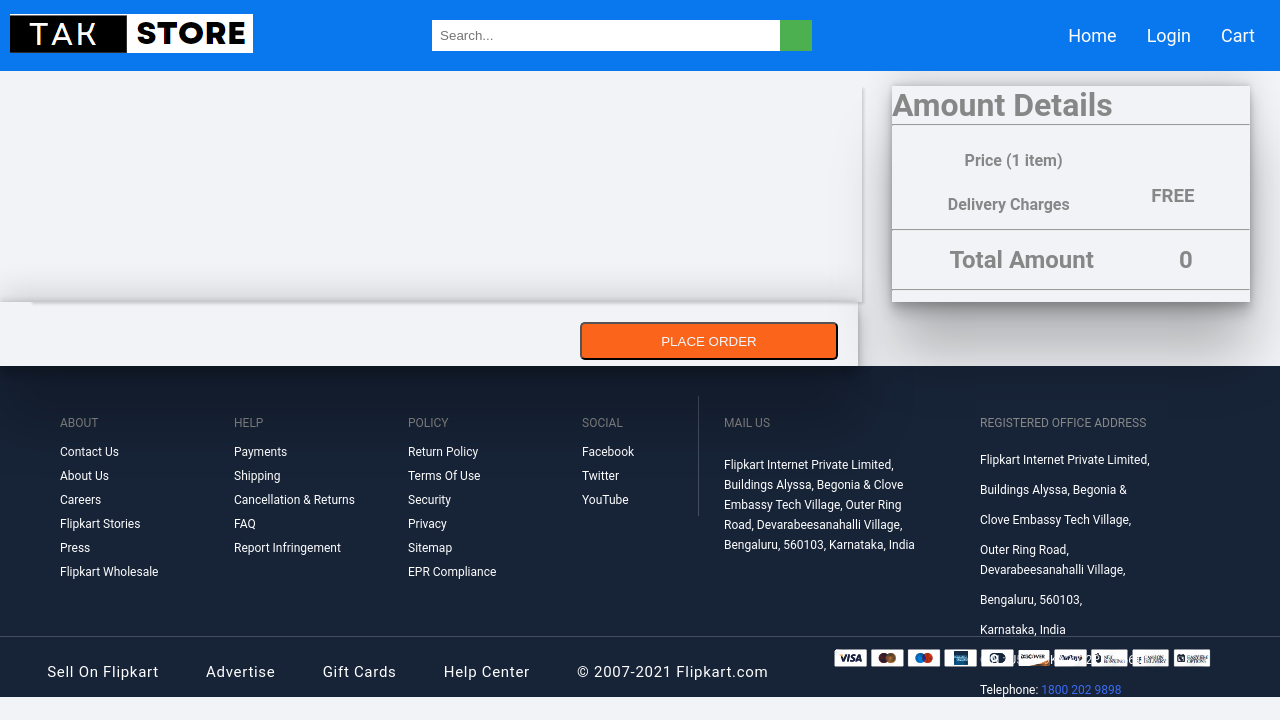
Repository: MSaifKhan01/TAK-Store
Page: PROJECT_Front/addTocart.html
These files come from the project's save history. The page is drawn as it stood at one moment and after the next save; the edit follows.
The browser window is 1280 px wide. The pictures show the whole page.
The page's requests for data from a server got no answer.

Above is the page before, as saved 2023-07-22 01:51:14.

### PROJECT_Front/addTocart.html
<!DOCTYPE html>
<html lang="en">

<head>
    <meta charset="UTF-8" />
    <meta http-equiv="X-UA-Compatible" content="IE=edge" />
    <meta name="viewport" content="width=device-width, initial-scale=1.0" />
    <title>Cart Page</title>
    <link rel="stylesheet" type="text/css" href="./CSS/addToCart.css">
    <link rel="stylesheet" type="text/css" href="./CSS/Index.css">
    <style>

    </style>

    <link rel="stylesheet" href="index.css">
</head>

<body>


    <header >
        <nav class="navbar">
          <a href="#" class="navbar-brand logo"
            ><img src="./flipkart images/Tak_logo.png" alt="logo"
          /></a>
          <div class="search-container">
            <input id="searcBox" type="text" placeholder="Search..." />
            <button type="submit"><i class="fa fa-search"></i></button>
          </div>
          <ul class="navbar-nav">
            <li>
              <a href="#"><i class="fa-solid fa-house"></i> Home</a>
            </li>



            <li id="logoutName">
              <a href="./login.html" id="nameshow"><i class="fa-solid fa-user"></i> Login</a>
            </li>
            <!-- <li><a href="#">Categories</a></li>
            <li><a href="#">Deals</a></li> -->
            <li>
              <a href="addTocart.html"><i class="fa-solid fa-cart-shopping"><span id="Cartlength"></span></i> Cart</a>
              <!-- <a href="#">Cart</a> -->
            </li>
          </ul>
        </nav>

        <!-- <div class="sub-navbar">
          <div class="sub-navbar-item">
            <div class="subNav">
              <img
                src="https://rukminim1.flixcart.com/fk-p-flap/128/128/image/6e3e1efa83bc56c3.png?q=100"
                alt=""
              />
              <a style="text-decoration: none" href="electronics.html"
                >Electronics</a
              >
            </div>
          </div>
          <div class="sub-navbar-item">
            <div class="subNav">
              <img
                src="https://rukminim1.flixcart.com/fk-p-flap/128/128/image/b3e1225e6bda1c9e.png?q=100"
                alt=""
              />
              <a style="text-decoration: none" href="appliances.html"
                >TVs & Appliances</a
              >
            </div>
          </div>
          <div class="sub-navbar-item">
            <div class="subNav">
              <img
                src="https://rukminim1.flixcart.com/fk-p-flap/128/128/image/a11d5d13e54bf964.png?q=100"
                alt=""
              />
              <a style="text-decoration: none" href="fashion.html">Fashion</a>
            </div>
          </div>
          <div class="sub-navbar-item">
            <div class="subNav">
              <img
                src="https://rukminim1.flixcart.com/fk-p-flap/128/128/image/6e3e1efa83bc56c3.png?q=100"
                alt=""
              />
              <a style="text-decoration: none" href="electronics.html"
                >Electronics</a
              >
            </div>
          </div>
          <div class="sub-navbar-item">
            <div class="subNav">
              <img
                src="https://rukminim1.flixcart.com/fk-p-flap/128/128/image/b3e1225e6bda1c9e.png?q=100"
                alt=""
              />
              <a style="text-decoration: none" href="appliances.html"
                >TVs & Appliances</a
              >
            </div>
          </div>
        </div> -->
      </header>
    <!-- nav end -->

    <!-- <div id="mainpro"><h1 id="total">Your Total cart Price is:- Rs <span id="cart-total">0</span></h1> -->
    <div class="main">
        <div id="cart-container">
            <!-- Here Append All the cart Products -->

        </div>

        <div class="amount">
            <div>
                <h1 id="total">Amount Details</h1>
            </div>
            <hr>
            <div id="fisrt">
                <h4>Price (1 item)</h4>
                <h3 id="prcpritem"></h3>
            </div>



            <div id="fisrt">
                <h4>Delivery Charges</h4>
                <h3>FREE</h3>
            </div>
            <hr>
            <div id="fisrt">
                <h2>Total Amount</h2>
                <h2><span id="cart-total">0</span></h2>
            </div>
            <hr>
        </div>
    </div>
    <div class="plcordr">
        <button id="plcordrBtn">PLACE ORDER</button>
    </div>


    <!-- footer -->

    <footer>

        <div class="footer-row">
            <div class="footer-col-1">
                <div class="footer-heading">
                    <p>ABOUT</p>
                </div>
                <div class="footer-list">
                    <a href="#">Contact Us</a>
                    <a href="#">About Us</a>
                    <a href="#">Careers</a>
                    <a href="#">Flipkart Stories</a>
                    <a href="#">Press</a>
                    <a href="#">Flipkart Wholesale</a>
                </div>
            </div>
            <div class="footer-col-2">
                <div class="footer-heading">
                    <p>HELP</p>
                </div>
                <div class="footer-list">
                    <a href="#">Payments</a>
                    <a href="#">Shipping</a>
                    <a href="#">Cancellation & Returns</a>
                    <a href="#">FAQ</a>
                    <a href="#">Report Infringement</a>

                </div>
            </div>
            <div class="footer-col-3">
                <div class="footer-heading">
                    <p>POLICY</p>
                </div>
                <div class="footer-list">
                    <a href="#">Return Policy</a>
                    <a href="#">Terms Of Use</a>
                    <a href="#">Security</a>
                    <a href="#">Privacy</a>
                    <a href="#">Sitemap</a>
                    <a href="#">EPR Compliance</a>
                </div>
            </div>
            <div class="footer-col-4">
                <div class="footer-heading">
                    <p>SOCIAL</p>
                </div>
                <div class="footer-list">
                    <a href="#">Facebook</a>
                    <a href="#">Twitter</a>
                    <a href="#">YouTube</a>

                </div>
            </div>

            <div class="footer-col-5">
                <div class="footer-heading">
                    <p>Mail Us</p>
                </div>
                <div class="footer-list">
                    <p>Flipkart Internet Private Limited,
                        Buildings Alyssa, Begonia &
                        Clove Embassy Tech Village,
                        Outer Ring Road, Devarabeesanahalli Village,
                        Bengaluru, 560103,
                        Karnataka, India</p>

                </div>
            </div>

            <div class="footer-col-6">
                <div class="footer-heading">
                    <p>Registered Office Address</p>
                </div>
                <div class="footer-list-address">
                    <p>Flipkart Internet Private Limited,</p>
                    <p>Buildings Alyssa, Begonia &</p>
                    <p>Clove Embassy Tech Village,</p>
                    <p>Outer Ring Road, Devarabeesanahalli Village,</p>
                    <p>Bengaluru, 560103,</p>
                    <p>Karnataka, India</p>
                    <p>CIN : U51109KA2012PTC066107</p>
                    <p> Telephone:<span> 1800 202 9898</span></p>

                </div>
            </div>
        </div>
        <div class="footer-row2">
            <div class="footer-row2-col">
                <p> <i class="fas fa-shopping-bag"></i>Sell On Flipkart</p>
            </div>
            <div class="footer-row2-col">
                <p><i class="fas fa-star"></i>Advertise</p>
            </div>
            <div class="footer-row2-col">
                <p><i class="fas fa-gift"></i>Gift Cards</p>
            </div>
            <div class="footer-row2-col">
                <p><i class="fas fa-question-circle"></i>Help Center</p>
            </div>
            <div class="footer-row2-col">
                <p>© 2007-2021 Flipkart.com</p>
            </div>
            <div class="footer-row2-col">
                <img src="./flipkart images/payment.png" alt="payments">
            </div>
        </div>
    </footer>
</body>
<script src="./JS/addToCart.js"></script>
<script>
    // // Write all necessery JS here
    // let span = document.getElementById("span")

    // let Container = document.getElementById("cart-container");



    // function fecth(){
    //     fetch("http://localhost:8000/cart/", {
    //     method: "GET",
    //     headers: {
    //         "Authorization": `${sessionStorage.getItem("token")}`,
    //         "content-type": "application/json",
    //     },
    // })
    //     .then((res) => {
    //         return res.json();
    //     })
    //     .then((data) => {
    //         console.log("gwyjhsdcb")
    //         let arr=[]
    //     //    console.log(data)
    //         arr = [...data.Fashions , ...data.appliances , ...data.electronics]
    //         console.log("cart",arr);
    //         // console.log(data[0].Fashions)
    //         // console.log(data[0].appliances)
    //         // console.log(data[0].electronics)
    //         span.innerText = arr.length
    //         localStorage.setItem("length",arr.length)
    //         DisplayProduct(arr);
    //     });
    // }

    // fecth()

    // function DisplayProduct(data) {
    //     let total = document.getElementById("cart-total")
    //     const totalPro = document.getElementById("top")
    //     Container.innerHTML = "";
    //     data.forEach((product) => {
    //         let card = document.createElement("div");
    //         card.classList.add("card")
    //         let img = document.createElement("img");
    //         let brand = document.createElement("h4");
    //         let size = document.createElement("p");
    //         let details = document.createElement("p");
    //         let quantity = document.createElement("p");
    //         quantity.classList.add("qty")
    //         let price = document.createElement("h3");
    //         let Remove = document.createElement("button");
    //         let Increment = document.createElement("button");
    //         let Decrement = document.createElement("button");

    //         //  product.quantity=1;
    //         quantity.innerText = product.Quantity
    //         // quantity.innerText=+(quantity.innerText)
    //         img.src = product.data.image;
    //         let div1 = document.createElement("div");
    //         div1.classList.add("div1")
    //         div1.append(img)
    //         brand.textContent = product.data.description;
    //         size.innerText = product.data.size
    //         size.classList.add("size")
    //         //   category.textContent = product.category;
    //         price.textContent = `₹ ${product.data.new_price}`;
    //         details.textContent = product.data.stars;
    //         Remove.textContent = "Remove";
    //         Increment.textContent = "+";
    //         Decrement.textContent = "-";
    //         let div2 = document.createElement("div");
    //         div2.classList.add("div2")
    //         div2.append(brand, size, price, details, Remove, Increment, Decrement, quantity)

    //         Remove.addEventListener("click", () => {

    //             fetch(`http://localhost:8000/cart/delete/${product.data._id}`, {
    //                 method: "DELETE",
    //                 headers: {
    //                     "Authorization": `${sessionStorage.getItem("token")}`,
    //                     "content-type": "application/json",
    //                 },
    //             })
    //                 .then((res) => {
    //                     return res.json();
    //                 })
    //                 .then((data) => {
    //                     alert("Deleted succesfully")

    //                     console.log(data);
    //                     fecth()

    //                 });

    //         })
    //         Increment.addEventListener("click", () => {


    //             fetch(`http://localhost:8000/cart/inc/${product._id}`, {
    //                 method: "PATCH",
    //                 headers: {
    //                     "Content-Type": "application/json",
    //                     "Authorization": `${sessionStorage.getItem("token")}`
    //                 }
    //             })
    //                 .then((res) => {
    //                     return res.json()
    //                 })
    //                 .then((res) => {
    //                     // quantity.innerText = res.Quantity
    //                     // console.log(data)

    //                    fecth()
    //                 })
    //                 .catch((err) => {
    //                     console.log(err.message)

    //                 })

    //         })


    //         let total = document.getElementById("cart-total")
    //         let sum = 0
    //         for (let i = 0; i < data.length; i++) {
    //             sum += product.data.new_price * product.Quantity
    //         }
    //         total.innerText = sum
    //         //    total2.innerText = sum

    //         Decrement.addEventListener("click", () => {

    //             if (product.Quantity > 1) {

    //                 fetch(`http://localhost:8000/cart/dec/${product._id}`, {
    //                     method: "PATCH",
    //                     headers: {
    //                         "Content-Type": "application/json",
    //                         "Authorization": `${sessionStorage.getItem("token")}`
    //                     }
    //                 })
    //                     .then((res) => {
    //                         return res.json()
    //                     })
    //                     .then((res) => {
    //                         // quantity.innerText = res.Quantity
    //                         // console.log(data)
    //                         console.log(res)
    //                         fecth()
    //                     })
    //                     .catch((err) => {
    //                         console.log(err.message)
    //                     })
    //             }
    //         })

    //         Container.append(card);
    //         card.append(div1, div2);

    //     });
    // }

    // document.getElementById("plcordrBtn").addEventListener("click", () => {
    //     window.location.href = "./payment.html"
    // })


</script>

</html>

### PROJECT_Front/CSS/Index.css


 /* CSS styles for the navbar */
  * {
    margin: 0;
    padding: 0;
    box-sizing: border-box;
  }
  header{
    position: sticky;
    top: 0%;
  }

  .navbar {
    background-color: #0978ee;
    padding: 10px;
    display: flex;
    justify-content: space-between;
    /* flex-direction: row; */
    align-items: center;
    position: sticky;
  }

  .navbar-brand {
    color: #fff;
    font-weight: bold;
    text-decoration: none;
    width: 10%;
    font-size: 15px;
  }

  .navbar-nav {
    display: flex;
    flex-direction: row;
    font-size: 18px;
    list-style-type: none;
    gap: 15px;
    margin: 0;
    padding: 0;
    /* margin-right: 120px; */

  }

  #logoutName{
    color: #f1f1f1;
  }
  #logoutName button{
    background-color: #45a049;;
    color: #f1f1f1;
    border-radius: 5px;
    padding: 3px;

  }
  #Cartlength{
    color: #f40ab5;
  }

  /* Search bar styles */
  .search-container {
    display: flex;
    width: 500px;
    max-width: 450px;

    margin-left: 180px;

    margin-bottom: 10px;
    /* Added to separate the search bar in responsive mode */
  }

  input[type="text"] {
    flex: 1;
    padding: 10px;
    border: none;
  }

  button[type="submit"] {
    margin-right: 120px;
    background-color: #4caf50;
    color: white;
    padding: 10px 20px;
    border: none;
    cursor: pointer;
  }

  button[type="submit"]:hover {
    background-color: #45a049;
  }

  .navbar-nav li {
    margin-right: 15px;
  }

  .navbar-nav li a {
    color: #fff;
    text-decoration: none;
  }

  /* CSS styles for responsive design */
  @media (max-width: 400px) {
    .navbar {
      flex-direction: column;
    }

    .navbar-nav {
      margin-top: 10px;
      flex-direction: column;

    }

    .navbar-nav li {
      margin-right: 0;
      margin-bottom: 10px;
    }
  }

  @media (min-width: 601px) {
    /* Additional styles for larger screens */
    .search-container {
      max-width: 500px;
      margin-left: 160px;
      margin-top: 10px;
    }

    input[type="text"] {
      padding: 8px;
    }

    button[type="submit"] {
      padding: 8px 16px;
    }
  }

  /* CSS styles for sub-navbar */
  .sub-navbar {
    background-color: #f1f1f1;
    padding: 10px;
    display: flex;
    gap: 30px;
    justify-content: center;
    /* overflow-x: auto; */
  }

  .sub-navbar-item {
    display: flex;
    align-items: center;
    justify-content: center;

    margin-right: 15px;
    width: 60px;
    /* height: 60px; */
    border-radius: 50%;
    background-color: #f1f1f1;
  }


  .sub-navbar-item img {
    width: 64px;
  }

  .subNav {
    display: block;
  }

  #slideshow > img {
    width: 100%;
  }

  .carousel-item img {
    width: 100%;
    height: 100%;
  }


  .footer-items {
    display: flex;
    justify-content: space-around;
    background-color: dimgray;
    color: white;
  }

  #List-head {
    font-size: 25px;
    font-weight: bold;
    color: black;
  }

  #product {
    border-radius: 5px;
    padding: 40px;
    margin-bottom: 20px;

    box-shadow: rgba(50, 50, 93, 0.25) 0px 50px 100px -20px,
      rgba(0, 0, 0, 0.3) 0px 30px 60px -30px;
  }
  #product img{
    width: 50%;
  }


  #carroDiv {
    width: 90%;
    margin: auto;
  }

  .smallimages {
    display: flex;
    gap: 10px;
    justify-content: space-around;
    /* align-items: center; */
  }

  .topHead {
    display: flex;
    justify-content: space-between;
    box-shadow: rgba(0, 0, 0, 0.24) 0px 3px 8px;
    margin-bottom: 40px;
  }

  .common-heading-left {
    padding: 20px;
  }

  .common-heading-left > h2 {
    color: gray;
  }

  .ViewButton > h3 {
    margin: 30px;
    padding: 20px;
    background-color: #0978ee;
  }

Loaded but not shown: PROJECT_Front/JS/addToCart.js (164 lines, source omitted); PROJECT_Front/CSS/addToCart.css (463 lines, source omitted)

After the next save:
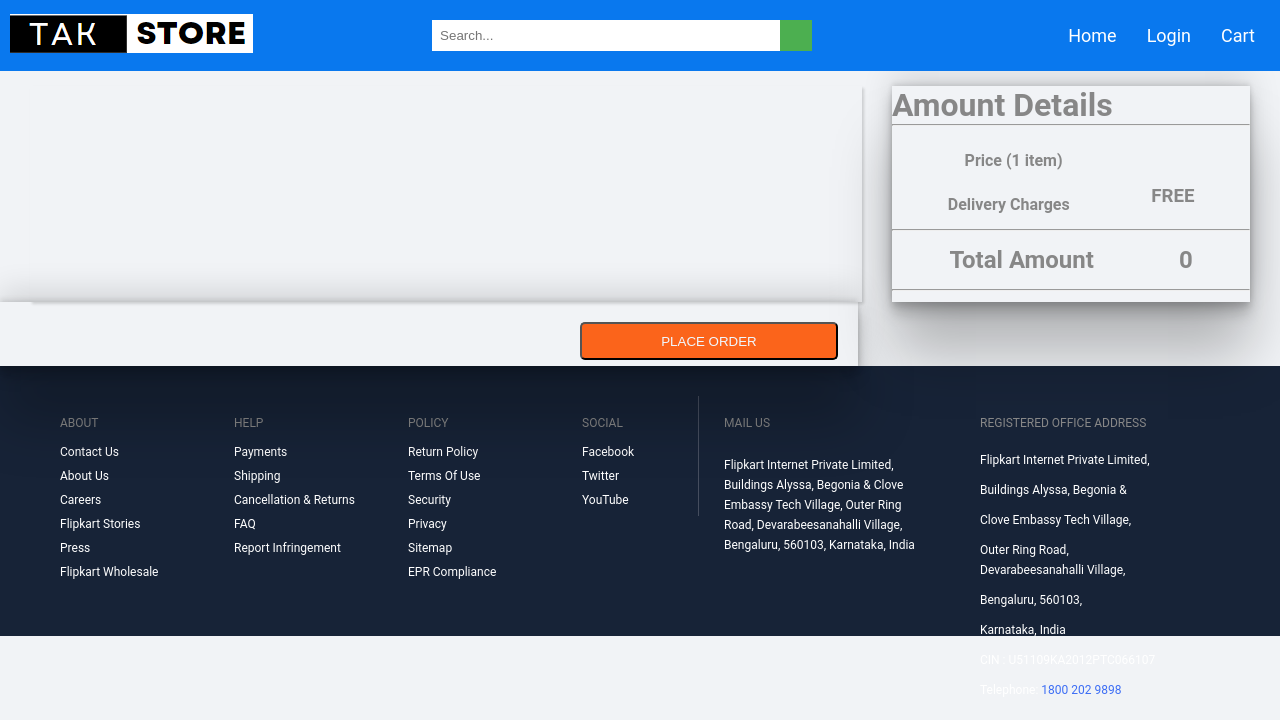
Saved 65 s later.
--- a/PROJECT_Front/addTocart.html
+++ b/PROJECT_Front/addTocart.html
@@ -228,26 +228,7 @@
                 </div>
             </div>
         </div>
-        <div class="footer-row2">
-            <div class="footer-row2-col">
-                <p> <i class="fas fa-shopping-bag"></i>Sell On Flipkart</p>
-            </div>
-            <div class="footer-row2-col">
-                <p><i class="fas fa-star"></i>Advertise</p>
-            </div>
-            <div class="footer-row2-col">
-                <p><i class="fas fa-gift"></i>Gift Cards</p>
-            </div>
-            <div class="footer-row2-col">
-                <p><i class="fas fa-question-circle"></i>Help Center</p>
-            </div>
-            <div class="footer-row2-col">
-                <p>© 2007-2021 Flipkart.com</p>
-            </div>
-            <div class="footer-row2-col">
-                <img src="./flipkart images/payment.png" alt="payments">
-            </div>
-        </div>
+
     </footer>
 </body>
 <script src="./JS/addToCart.js"></script>
